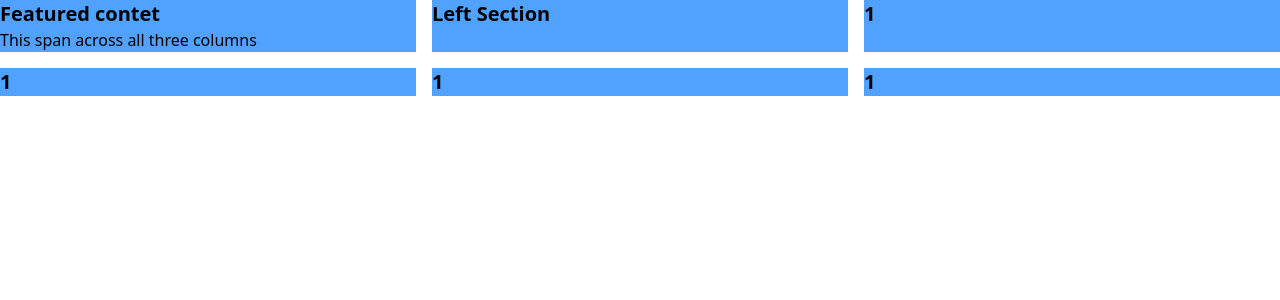
Repository: Abdulahi338/TailwindCss-exercise
Page: Exercise2/index.html
These files come from the project's save history. The page is drawn as it stood at one moment and after a run of saves; the edit follows.
The browser window is 1280 px wide. The pictures show the whole page.

Above is the page before, as saved 2025-07-27 11:09:39.

After the next 2 saves:
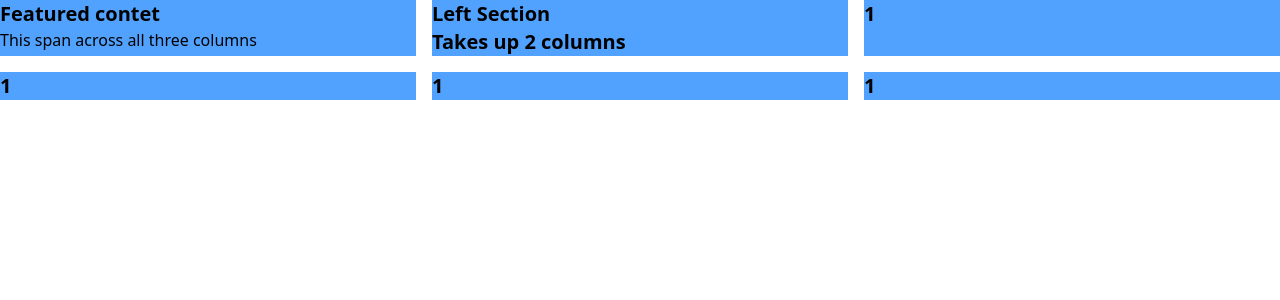
The 2 saves are shown as one change because they came seconds apart.
The last was saved 14 s later.
--- a/Exercise2/index.html
+++ b/Exercise2/index.html
@@ -16,7 +16,7 @@
         </div>
         <div class="text-xl font-semibold bg-blue-400">
             <h1>Left Section</h1>
-            <p></p>
+            <p>Takes up 2 columns</p>
         </div>
         <div class="text-xl font-semibold bg-blue-400">1</div>
         <div class="text-xl font-semibold bg-blue-400">1</div>
